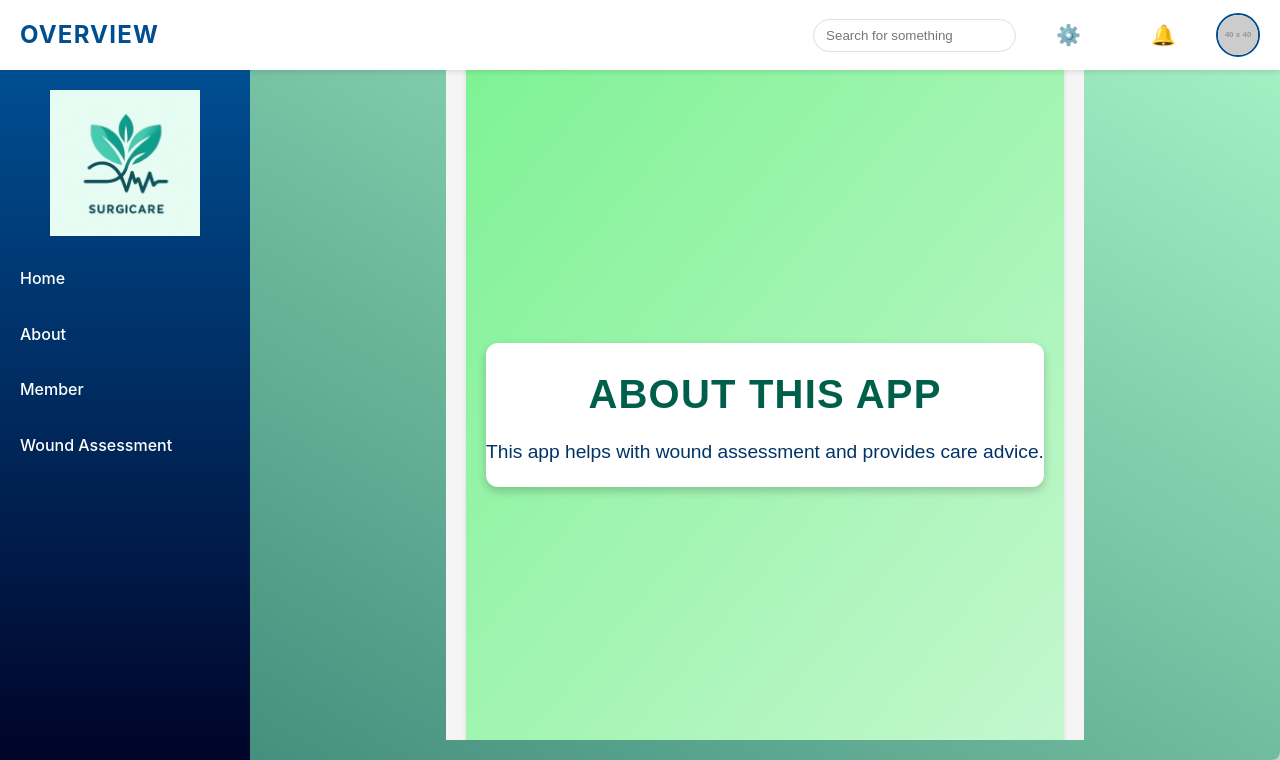
Repository: Jinwoo290350/Surgicare-Vue
Page: /about (app in surgicare/)
An editor plug-in stored every save of this project. The page is shown before and after the next save, followed by the edit.
The browser window is 1280 px wide. The pictures show the whole page.
The project was rebuilt for these pictures with package versions that can differ from the ones it lists, and the page was loaded fresh each time. Also part of the build but not shown: surgicare/vite.config.js, surgicare/src/views/Home.vue, surgicare/src/views/Member.vue, surgicare/src/components/WoundAssessment.vue.

Above is the page before, as saved 2024-12-30 20:48:50.
Console error: TypeError: Cannot read properties of null (reading 'getContext')

After the next save:
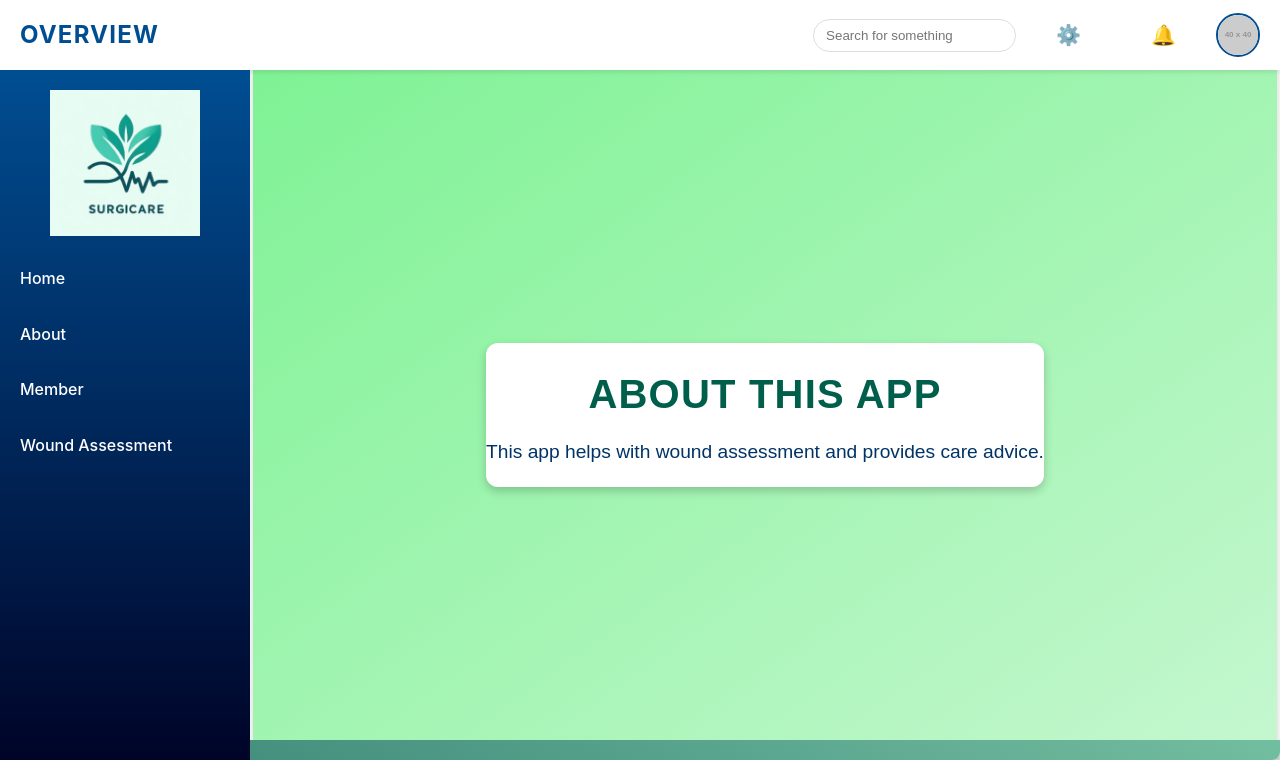
Saved 41 s later.
--- a/surgicare/src/views/About.vue
+++ b/surgicare/src/views/About.vue
@@ -18,7 +18,9 @@ export default {
   display: flex;
   justify-content: center;
   align-items: center;
-  height: 100vh; /* Full height for viewport */
+  height: 100vh; /* ใช้เต็มความสูงของ viewport */
+  width: 80vw; /* ลดความกว้างของ container รวมถึงขอบด้านซ้ายและขวา */
+  margin: 0 auto; /* Center horizontally */
   background: linear-gradient(to bottom right, #7ef294, #c6f7d0); /* Subtle gradient */
   font-family: 'Arial', sans-serif;
   text-align: center;
